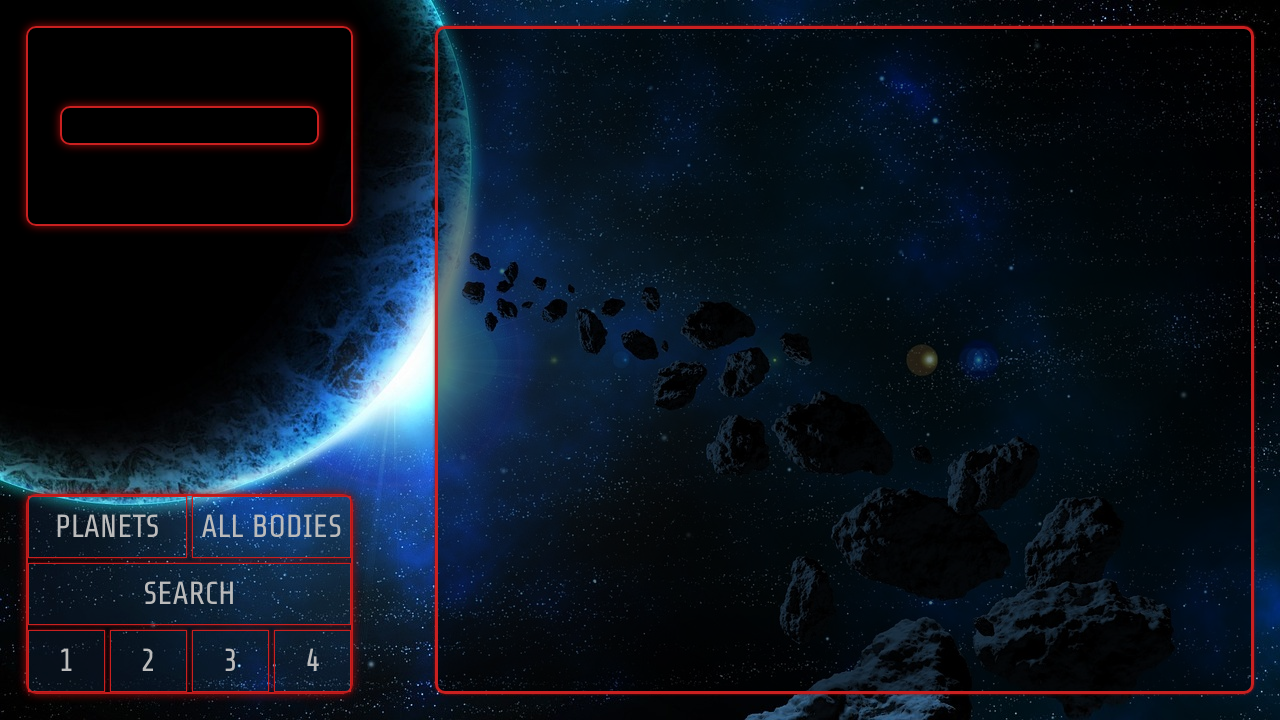
Repository: Przemek-Szadkowski/space-bodies
Page: /
An editor plug-in stored every save of this project. The page is shown before and after the next save, followed by the edit.
The browser window is 1280 px wide. The pictures show the whole page.
The page's requests for data from a server got no answer. The project was rebuilt for these pictures with package versions that can differ from the ones it lists, and the page was loaded fresh each time. No one was signed in, and anything a server would have sent is missing. Also part of the build but not shown: src/components/BodieRecord.js.

Above is the page before, as saved 2021-11-27 14:56:02.

### public/index.html
<!DOCTYPE html>
<html lang="en">
  <head>
    <meta charset="utf-8" />
    <meta name="viewport" content="width=device-width, initial-scale=1" />
    <meta />
    <title>Space-bodies</title>
    <link
      href="https://fonts.googleapis.com/css2?family=Share+Tech&display=swap"
      rel="stylesheet"
    />
  </head>
  <body>
    <noscript>You need to enable JavaScript to run this app.</noscript>
    <div id="root"></div>
  </body>
</html>

### src/index.css
* {
  margin: 0;
  padding: 0;
  box-sizing: border-box;
  font-family: "Share Tech", sans-serif;
}

body {
  height: 100vh;
  width: 100%;
  background-image: url(./images/space-g1a6520065_1280.jpg);
  background-position: center;
  background-repeat: no-repeat;
  background-size: cover;
  overflow: hidden;
  transition: 1s;
}

main {
  height: 100vh;
  width: 100%;
  padding: 2%;
  display: grid;
  grid-template-columns: 1fr 2fr;
  grid-template-rows: 1fr 1fr;
}

/***DASHBOARD ***/

.dashboard {
  display: grid;
  grid-template-columns: repeat(4, 1fr);
  grid-template-rows: repeat(3, 1fr);
  column-gap: 5px;
  row-gap: 5px;
  align-self: end;
  justify-self: start;
  grid-area: 2/1/3/2;
  height: 200px;
  width: 80%;
  border: 2px solid rgb(202, 32, 32);
  border-radius: 10px;
  box-shadow: 0 0 10px rgb(155, 11, 11);
}

.dashboard__btn {
  display: flex;
  justify-content: center;
  align-items: center;
  height: 100%;
  width: 100%;
  color: #bbb;
  font-size: 2rem;
  border: 1px solid rgb(202, 32, 32);
  box-shadow: 0 0 3px rgb(155, 11, 11);
  background-color: transparent;
  transition: 0.5s;
  text-transform: uppercase;
  background-color: rgba(39, 123, 201, 0.1);
}

.dashboard__btn:hover {
  cursor: pointer;
  box-shadow: 0 0 30px rgb(155, 11, 11);
  color: rgba(202, 32, 32, 0.9);
  background-color: rgba(0, 0, 0, 0.3);
}

.dashboard__btn__main:nth-child(1) {
  grid-column: 1/3;
}

.dashboard__btn__main:nth-child(2) {
  grid-column: 3/5;
}

.dashboard__btn__start {
  grid-column: 1/5;
}

/*** MAIN TEXT AREA ***/

.text {
  display: flex;
  justify-content: center;
  align-items: center;
  grid-area: 1/2/3/3;
  height: 100%;
  width: 100%;
  border: 3px solid rgb(202, 32, 32);
  box-shadow: 0 0 3px rgb(155, 11, 11);
  border-radius: 10px;
  background-color: rgba(0, 0, 0, 0.5);
  overflow: scroll;
  -ms-overflow-style: none; /* IE and Edge */
  scrollbar-width: none; /* Firefox */
}

.text::-webkit-scrollbar {
  display: none; /* Chrome, Opera */
}

.mainList {
  width: 99%;
  height: 100%;
  padding: 5px 0;
  border-radius: 10px;
  display: grid;
  grid-template-columns: repeat(4, 1fr);
  grid-template-rows: auto;
  gap: 7px;
}

.record {
  color: rgba(202, 32, 32, 0.7);
  width: 100%;
  display: grid;
  grid-template-columns: 1fr;
  grid-template-rows: 1fr;
  background-color: rgba(39, 123, 201, 0.1);
  border: 2px solid rgb(6, 32, 56);
  border-radius: 10px;
  padding: 15px;
  transition: 0.5s;
}

.record:hover {
  cursor: pointer;
  background-color: rgba(39, 123, 201, 0.3);
  color: rgba(202, 32, 32, 0.9);
}

.record p {
  width: 100%;
  font-size: 1.8rem;
  margin-left: 20px;
  margin-bottom: 10px;
}

.record p.bodie-data {
  font-size: 1rem;
  color: #bbb;
  margin-bottom: 0px;
}

/*** SEARCH INPUT ***/

.search {
  display: grid;
  grid-template-columns: 1fr;
  grid-template-rows: 1fr;
  justify-items: center;
  align-items: center;
  grid-area: 1/1/2/2;
  height: 200px;
  width: 80%;
  border: 2px solid rgb(202, 32, 32);
  border-radius: 10px;
  box-shadow: 0 0 10px rgb(155, 11, 11);
}

.search input {
  height: 20%;
  width: 80%;
  border: 2px solid rgb(202, 32, 32);
  border-radius: 10px;
  box-shadow: 0 0 10px rgb(155, 11, 11);
  background-color: transparent;
  color: rgba(202, 32, 32, 0.7);
  font-size: 1.2rem;
  padding: 0 10px;
}

.search input:focus {
  outline: none;
  border: 2px solid rgb(39, 123, 201);
  box-shadow: 0 0 10px rgb(39, 123, 201);
}

### src/App.js
import React, { useState, useEffect } from 'react';
import BodiesTable from "./components/BodiesTable";
import Dashboard from "./components/Dashboard";
import SearchInput from './components/SearchInput';

const ENDPOINT = 'https://api.le-systeme-solaire.net/rest/bodies/';

function App() {

  const [bodies, setBodies] = useState([]);
  const [arePlanets, setArePlanets] = useState(false);
  const [isSearchInput, setIsSearchInput] = useState(true);

  const getData = async () => {
    const response = await fetch(ENDPOINT);
    const bodiesData = await response.json();
    setBodies(bodiesData);
  }

  const showPlanets = () => {
    setArePlanets(true);
  }

  const showAllBodies = () => {
    setArePlanets(false);
  }

  const showSearchInput = () => {
    setIsSearchInput(true);
  }

  const hideSearchInput = () => {
    setIsSearchInput(false);
  }

  useEffect(() => {
      getData();
  }, []);

  return (
    <main>
      {isSearchInput ? <SearchInput/> : null}
      <Dashboard showPlanets={showPlanets} showAllBodies={showAllBodies}/>
      <BodiesTable bodies={arePlanets ? bodies.bodies.filter(body => body.isPlanet) : bodies.bodies}/>
    </main>
  );
}

export default App;

### src/components/BodiesTable.js
import React from 'react';
import BodieRecord from './BodieRecord';

export default function BodiesTable(props) {
    return (
        <div className="text">
            <div className="mainList">
               {props.bodies && props.bodies.map( bodie => {
                   return <BodieRecord key={bodie.id} data={bodie}/>
               })}
            </div>
        </div>
    )
}

### src/components/Dashboard.js
import React from 'react'

export default function Dashboard(props) {
    return (
        <div className="dashboard">
            <button
            className="dashboard__btn dashboard__btn__main dashboard__btn__main__planets" onClick={props.showPlanets}>Planets</button>
            <button className="dashboard__btn dashboard__btn__main" onClick={props.showAllBodies}>All bodies</button>
            <button className="dashboard__btn dashboard__btn__start">Search</button>
            <button className="dashboard__btn dashboard__btn__options">1</button>
            <button className="dashboard__btn dashboard__btn__options">2</button>
            <button className="dashboard__btn dashboard__btn__options">3</button>
            <button className="dashboard__btn dashboard__btn__options">4</button>
        </div>
    )
}

### src/components/SearchInput.js
import React from 'react'

export default function SearchInput() {
    return (
        <div className="search">
            <input type="search" />
        </div>
    )
}

Loaded but not shown: src/index.js (common file)

After the next save:
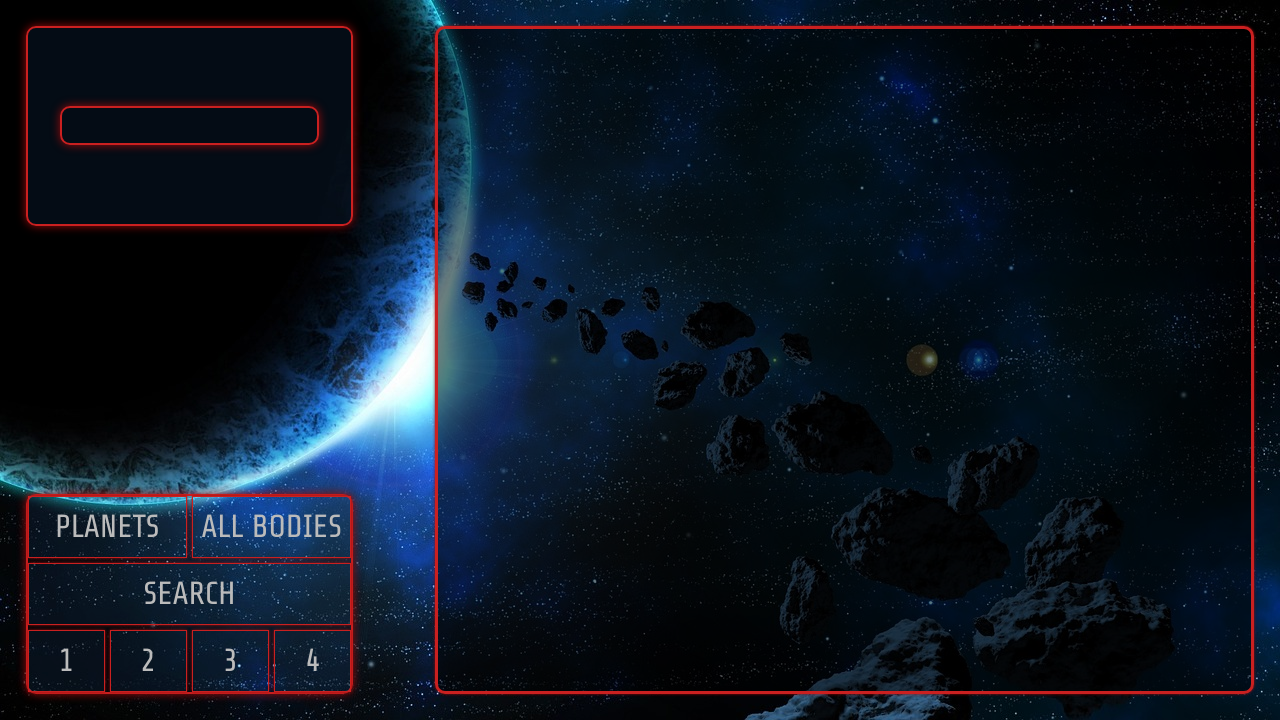
Saved 8 min 35 s later.
--- a/src/index.css
+++ b/src/index.css
@@ -157,6 +157,7 @@ main {
   border: 2px solid rgb(202, 32, 32);
   border-radius: 10px;
   box-shadow: 0 0 10px rgb(155, 11, 11);
+  background-color: rgba(39, 123, 201, 0.1);
 }
 
 .search input {
